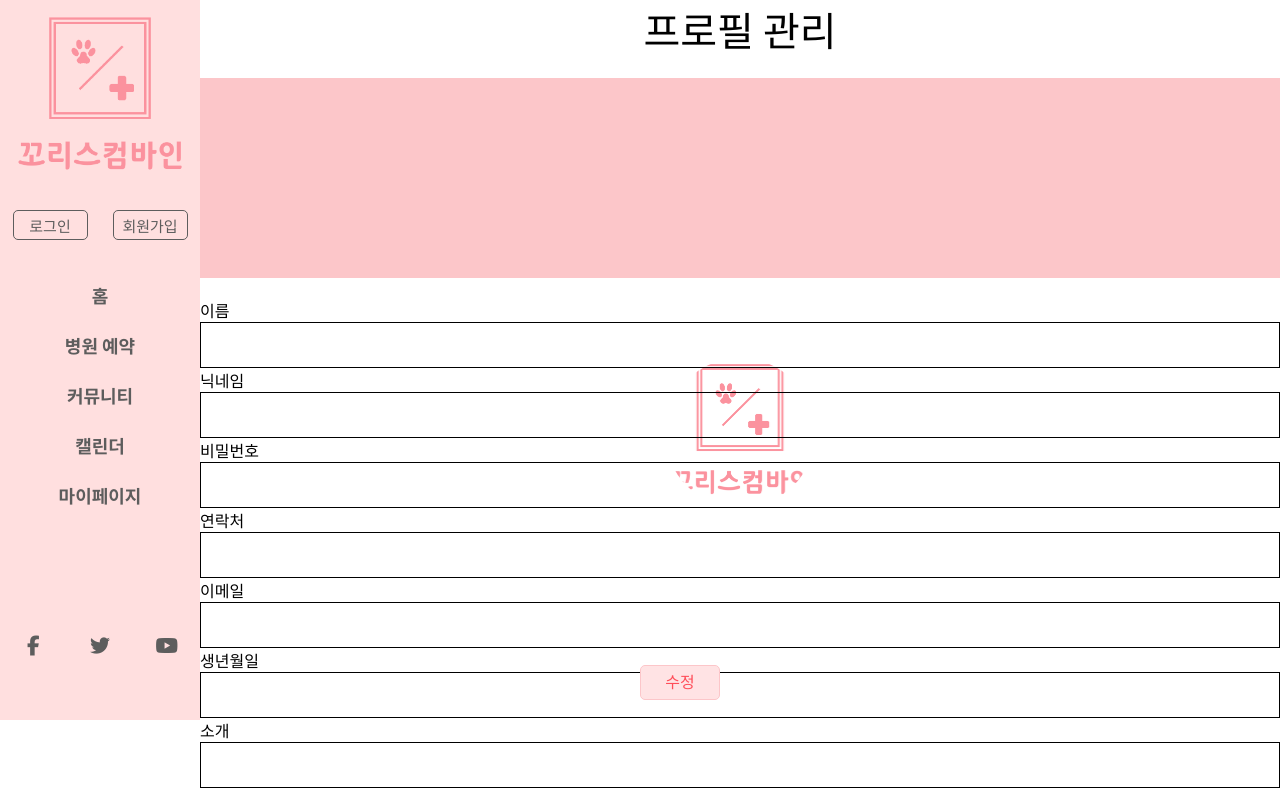
Repository: dodnam/kkoris
Page: http://localhost/1_kkoris/reservation2.jsp
An editor plug-in stored every save of this project. The page is shown before and after the next save, followed by the edit.
The browser window is 1280 px wide. The pictures show the whole page.
Some web libraries are served in a nearby version. The page is served by Tomcat 9.

Above is the page before, as saved 2020-02-17 15:16:49.

After the next save:
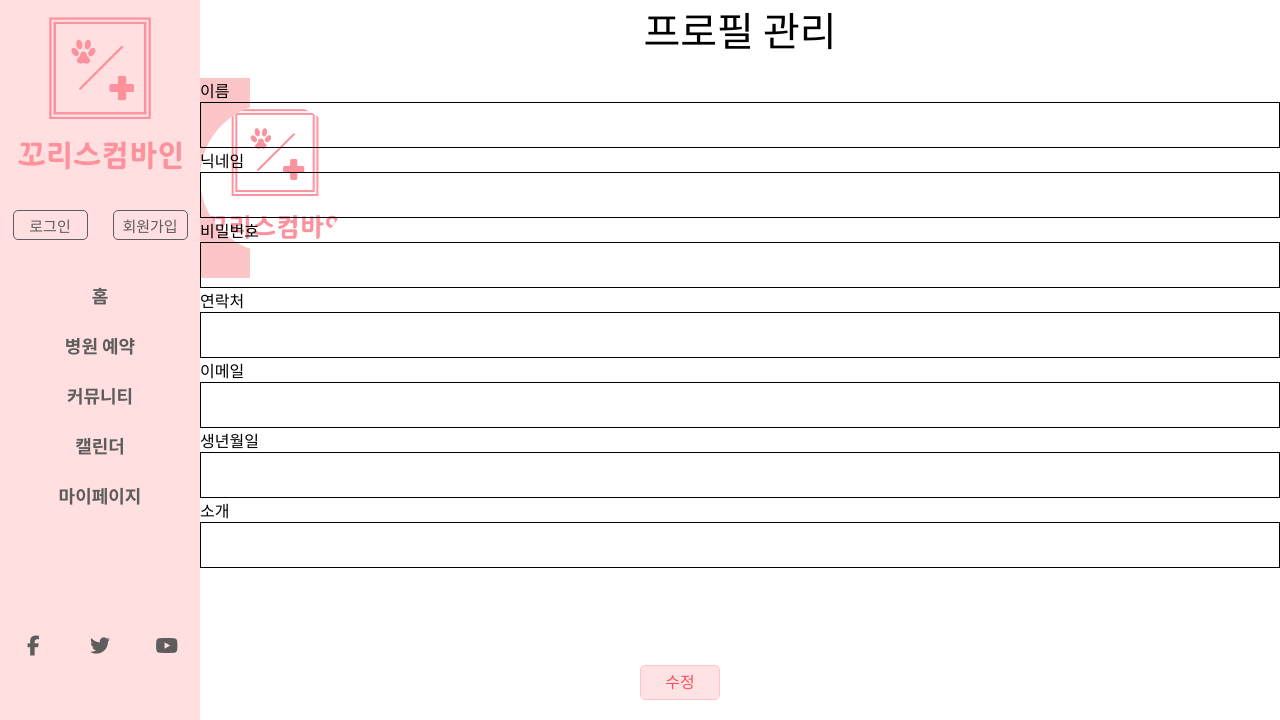
Saved 36 s later.
--- a/1_kkoris/WebContent/reservation2.jsp
+++ b/1_kkoris/WebContent/reservation2.jsp
@@ -8,7 +8,7 @@
 <link rel="stylesheet" type="text/css" href="<%= request.getContextPath() %>/css/index.css"/>
 <link rel="stylesheet" type="text/css" href="<%= request.getContextPath() %>/css/layout.css"/>
 <style>
-	.box_con{padding:25px; height:200px; background-color:#fcc6c9;}
+	.box_con{padding:25px; height:200px; background-color:#fcc6c9; position:absolute;}
 	.box{width: 150px; height:150px; border-radius:70%; overflow:hidden; background-color:#fff;top:20px; position:absolute; right:0;left:0;top:0;bottom:0; margin:auto;}
 	.profile{width: 100%; height:100%; object-fit:cover; display:block; margin:0px auto;}
 	.userTitle{font-size:40px; text-align:center; top:30px;}
